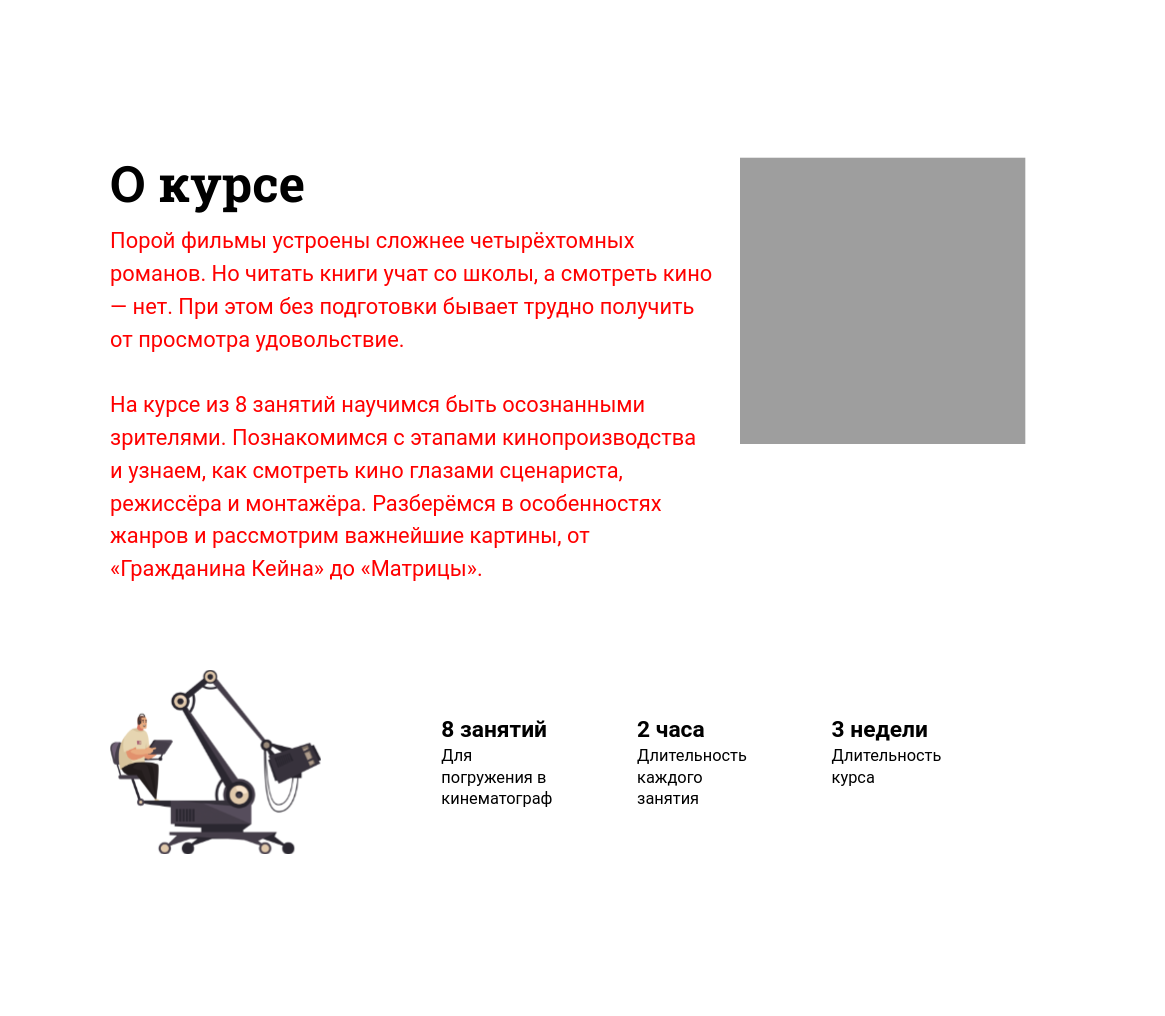
Repository: FaridRustamov09/task8
Page: index.html
The author's editor kept a copy of each file at every save. The page is drawn from the files as they stood at one save, then again after the next save.
The browser window is 1280 px wide. The pictures show the whole page, at 91% of full size.
Pictures or frames that could not be fetched are drawn as grey boxes.

Above is the page before, as saved 2023-11-06 18:28:10.

### index.html
<!DOCTYPE html>
<html lang="en">
  <head>
    <meta charset="UTF-8" />
    <meta name="viewport" content="width=device-width, initial-scale=1.0" />
    <title>Document</title>
    <link rel="stylesheet" href="index.css" />
  </head>
  <body>
    <div class="container">
      <div class="box-1">
        <div class="text-container">
          <h1>О курсе</h1>

          <p>
            Порой фильмы устроены сложнее четырёхтомных романов. Но читать книги
            учат со школы, а смотреть кино — нет. При этом без подготовки бывает
            трудно получить от просмотра удовольствие. <br />
            <br />
            На курсе из 8 занятий научимся быть осознанными зрителями.
            Познакомимся с этапами кинопроизводства и узнаем, как смотреть кино
            глазами сценариста, режиссёра и монтажёра. Разберёмся в особенностях
            жанров и рассмотрим важнейшие картины, от «Гражданина Кейна» до
            «Матрицы».
          </p>
        </div>
        <img src="./_1 1.svg" alt="" />
      </div>
      <div class="box-2">
        <img src="./photo 1.svg" alt="" />
        <ul>
          <li>
            <h2>8 занятий</h2>
            <p>Для погружения в кинематограф</p>
          </li>
          <li>
            <h2>2 часа</h2>
            <p>Длительность каждого занятия</p>
          </li>
          <li>
            <h2>3 недели</h2>
            <p>Длительность курса</p>
          </li>
        </ul>
      </div>
    </div>
  </body>
</html>

### index.css
@import url("https://fonts.googleapis.com/css2?family=Roboto+Slab:wght@700&display=swap");
* {
  margin: 0;
  padding: 0;
  box-sizing: border-box;
}
.container {
  padding: 173px 153px 178px 121px;
}

.box-1 {
  display: flex;
  justify-content: space-between;
}
.box-1 img{
    width: 314px;
height: 315px;
}
.text-container {
  width: 662px;
}
.text-container h1 {
  color: #000;
  font-family: Roboto Slab;
  font-size: 55px;
  font-style: normal;
  font-weight: 700;
  line-height: 101.385%;
}
.text-container p {
  margin-top: 18px;
  color: #000;
  font-family: Roboto;
  font-size: 24px;
  font-style: normal;
  font-weight: 400;
  line-height: 150%;
  color: red;
}
.box-2 {
    display: flex;
    align-items: center;
    margin-top: 93px;
  }
  .box-2 img{
    width: 232px;
height: 203px;
  }
.box-2 ul {
  display: flex;
  margin-left: 132px;

}
.box-2 ul li {
    list-style-type: none;
    margin-right: 93px;
}

.box-2 ul li h2{
    color: #000;
    font-family: Roboto;
    font-size: 25px;
    font-style: normal;
    font-weight: 700;
    line-height: 130%;
}
.box-2 ul li p{
    color: #000;
    font-family: Roboto;
    font-size: 18px;
    font-style: normal;
    font-weight: 400;
    line-height: 130%; /* 23.4px */
}

After the next save:
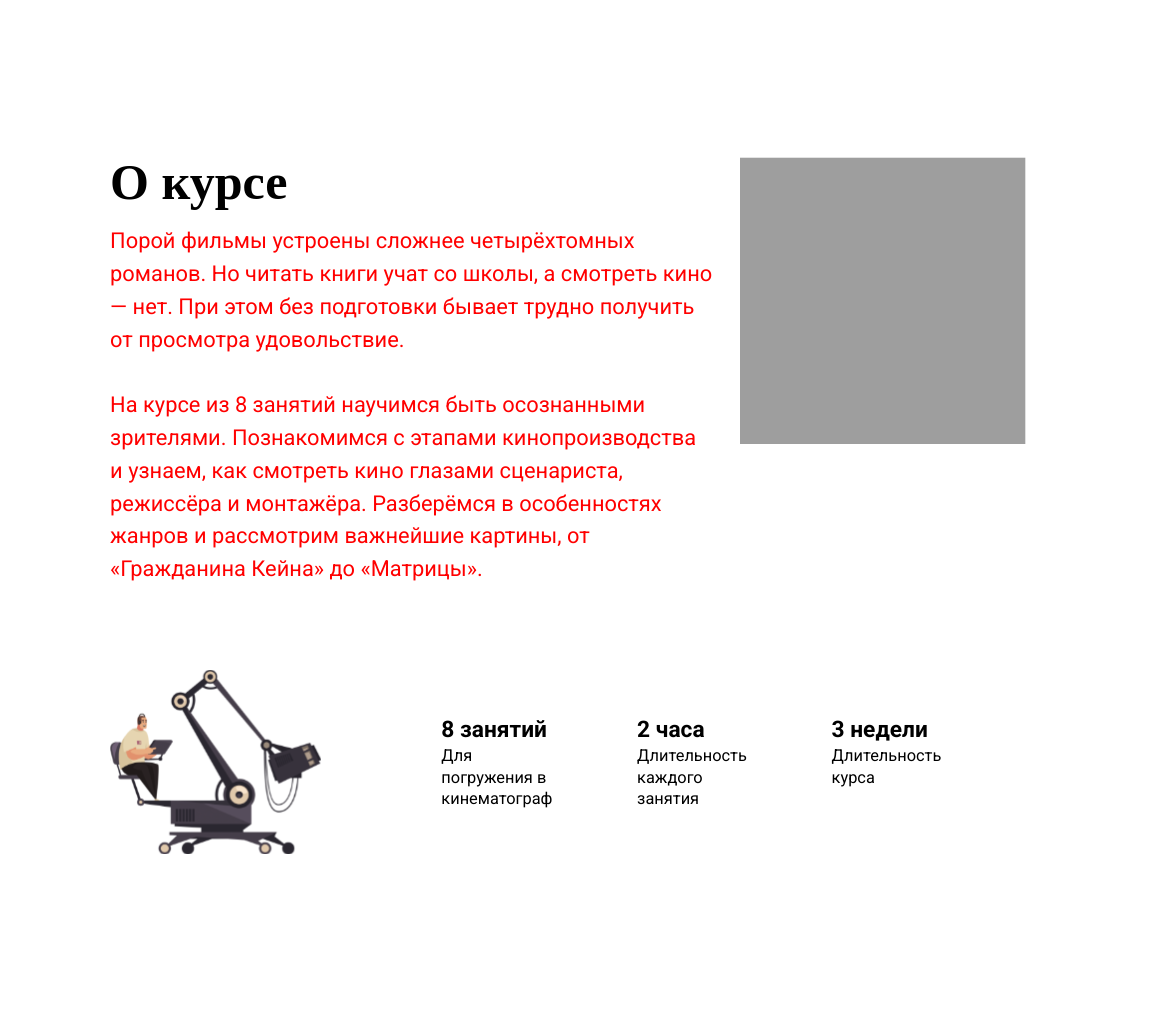
Saved 60 s later.
--- a/index.css
+++ b/index.css
@@ -1,4 +1,5 @@
-@import url("https://fonts.googleapis.com/css2?family=Roboto+Slab:wght@700&display=swap");
+@import url('https://fonts.googleapis.com/css2?family=Roboto:wght@400;700&display=swap');
+
 * {
   margin: 0;
   padding: 0;
